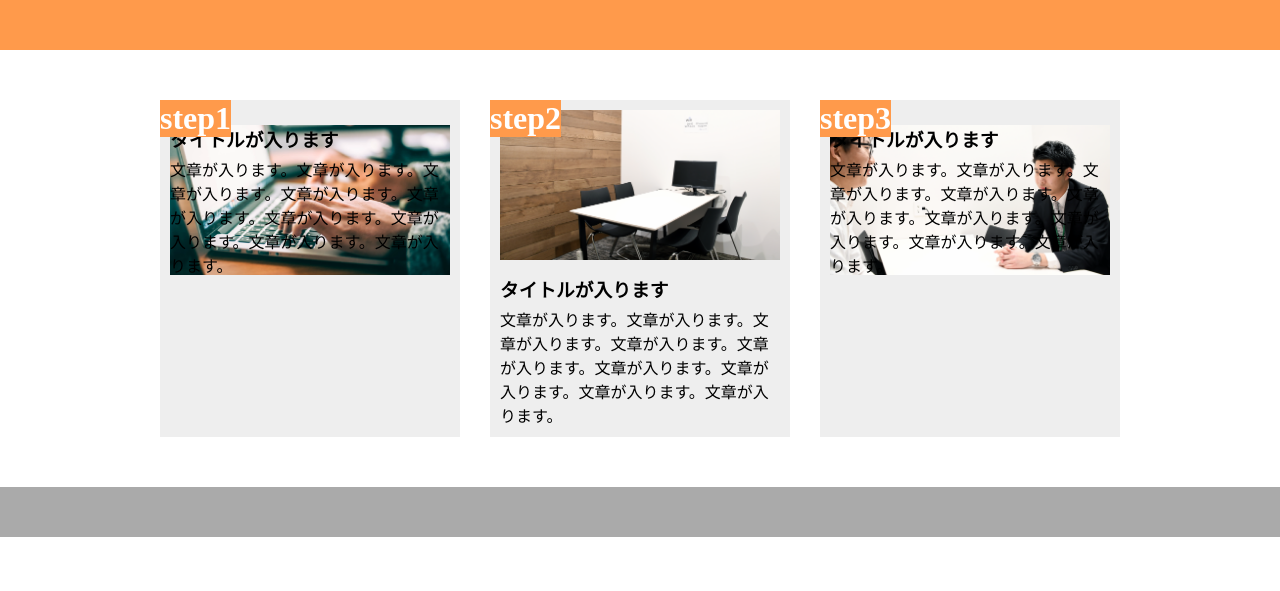
Repository: rie-koyuzu/kadai
Page: kadai/index.html
The author's editor kept a record of every edit. The page is drawn from the files as they stood at one moment, then again after the next edit.
The browser window is 1280 px wide. The pictures show the whole page.
Some web libraries are served in a nearby version.

Above is the page before.

### kadai/index.html
<!DOCTYPE html>
<html lang="ja">

  <head>

    <meta charset="UTF-8" />
    <script src="https://kit.fontawesome.com/42ccd6fdce.js" crossorigin="anonymous"></script>
    <link rel="stylesheet" href="style.css" />
    <title>chapter10</title>
  </head>


  <body>
    <header>
      <div class="header"></div>
    </header>


<main>
    <div class="step-box">
      <div class="step1-item">
        <!--<section class="main-step-text">-->
          <h1 class="step-num">step1</h1>
          <h3 class="step-title">タイトルが入ります</h3>
          <p>文章が入ります。文章が入ります。文章が入ります。文章が入ります。文章が入ります。文章が入ります。文章が入ります。文章が入ります。文章が入ります。
          </p>
          <!--</section>-->
          </div>
          </div>

    <div class="step-box">
      <h1><div class="step2-item"></h1>
        <!--<section class="main-step-text">-->
          <h1 class="step-num">step2</h1>
          <h3 class="step-title">タイトルが入ります</h3>
          <p>文章が入ります。文章が入ります。文章が入ります。文章が入ります。文章が入ります。文章が入ります。文章が入ります。文章が入ります。文章が入ります。
          </p>
         <!--</section>-->
          </div>
          </div>

   <div class="step-box">
     <div class="step3-item">
        <!--<section class="main-step-text">-->
          <h1 class="step-num">step3</h1>
          <h3 class="step-title">タイトルが入ります</h3>
          <p>文章が入ります。文章が入ります。文章が入ります。文章が入ります。文章が入ります。文章が入ります。文章が入ります。文章が入ります。文章が入ります。
          </p>
          <!--</section>-->
          </div>
          </div>

    </div>
  </main>





<footer>
    <div class="footer"></div>
    </footer>



  </body>
</html>

### kadai/style.css
* {
  box-sizing: border-box;
  margin: 0;
  padding: 0;
}


header {
  height: 50px;
  background-color: #ff9a4b;
}

main {
  width: 960px;
  display: flex;
  margin: 50px auto;
}

.step-box {
  width: 300px;
  margin-right: 30px;
  padding: 10px;
  position: relative;
  background-color: #eeeeee;
}

.step-box:last-child {
  margin-right: 0;
}

.step1-item {
  height: 150px;
  background-image: url(img/flow01.png);
  background-position: bottom;
  background-size: cover;
}

.step2-item {
  height: 150px;
  background-image: url(img/flow02.png);
  background-position: bottom;
  background-size: cover;
}

.step3-item {
  height: 150px;
  background-image: url(img/flow03.png);
  background-position: bottom;
  background-size: cover;
}

.step-num {
  position: absolute;
  top: 0;
  left: 0;
  background-color: #ff9a4b;
  color: #ffffff;
}

.step-title {
  margin: 15px 0 5px;
}


footer {
  height: 50px;
  background-color: #aaaaaa;
}

@media screen and (max-width: 768px) {
  header {
    width: 100%;
  }

  main {
    width: 100%;
    display: block;
    margin-top: 50px;
    margin-left: 10%;
    margin-right: 10%;
  }

  .step-box {
    padding-top: 50px;
    margin-top: 20px;
    width: 100%;
  }

  .step1-item {
    height: 150px;

  }

  .step2-item {
    width: 100%;
  }

  .step3-item {
    width: 100%;
  }

After the next edit:
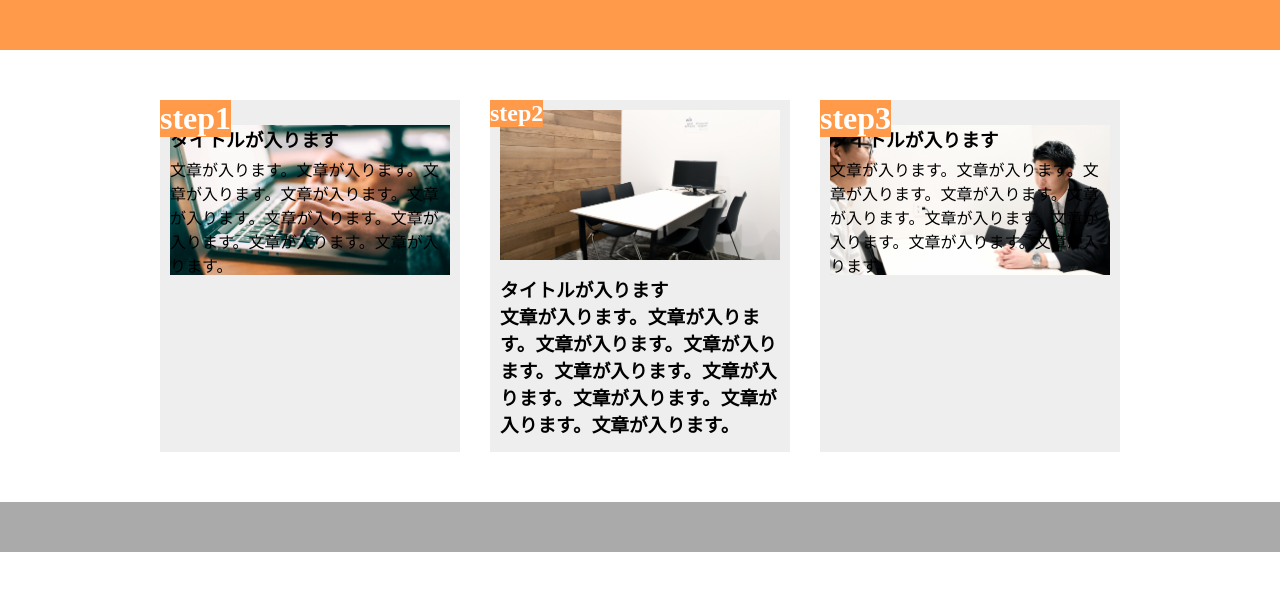
The edit:
--- a/kadai/index.html
+++ b/kadai/index.html
@@ -31,8 +31,8 @@
     <div class="step-box">
       <h1><div class="step2-item"></h1>
         <!--<section class="main-step-text">-->
-          <h1 class="step-num">step2</h1>
-          <h3 class="step-title">タイトルが入ります</h3>
+          <h2 class="step-num">step2</h2>
+          <h3 class="step-title">タイトルが入ります
           <p>文章が入ります。文章が入ります。文章が入ります。文章が入ります。文章が入ります。文章が入ります。文章が入ります。文章が入ります。文章が入ります。
           </p>
          <!--</section>-->
